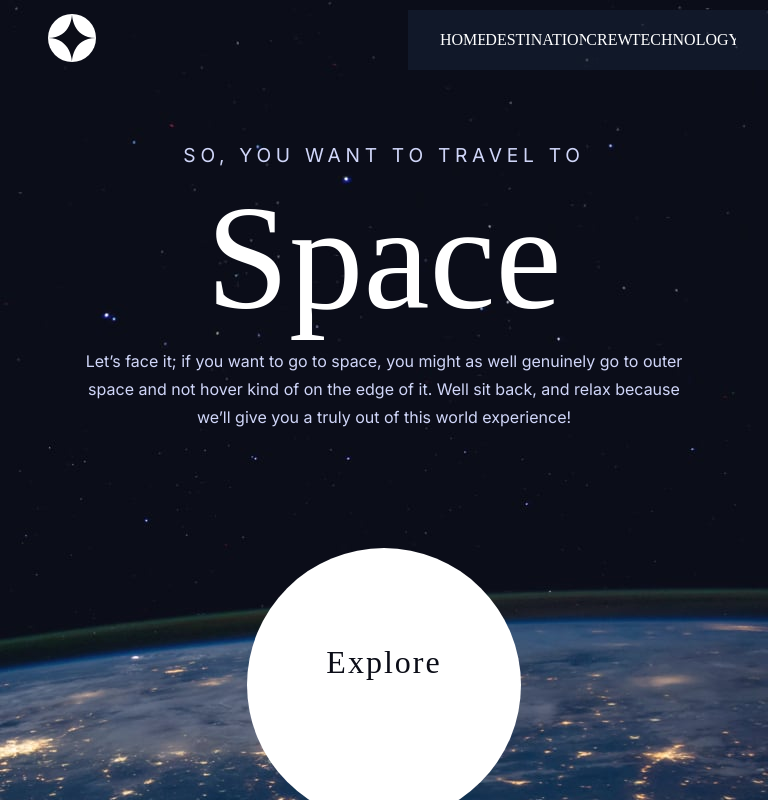
Repository: nilesjamex/space
Page: /
An editor plug-in stored every save of this project. The page is shown before and after the next save, followed by the edit.
The browser window is 768 px wide. The pictures show the whole page.
Some web fonts or font styles are not loaded; a fallback is used. Some web libraries are served in a nearby version. The project was rebuilt for these pictures with package versions that can differ from the ones it lists, and the page was loaded fresh each time. The framework's server and built-in components were replaced by stand-ins that run in the browser. Also part of the build but not shown: next.config.js.

Above is the page before, as saved 2022-01-08 04:14:13.

After the next save:
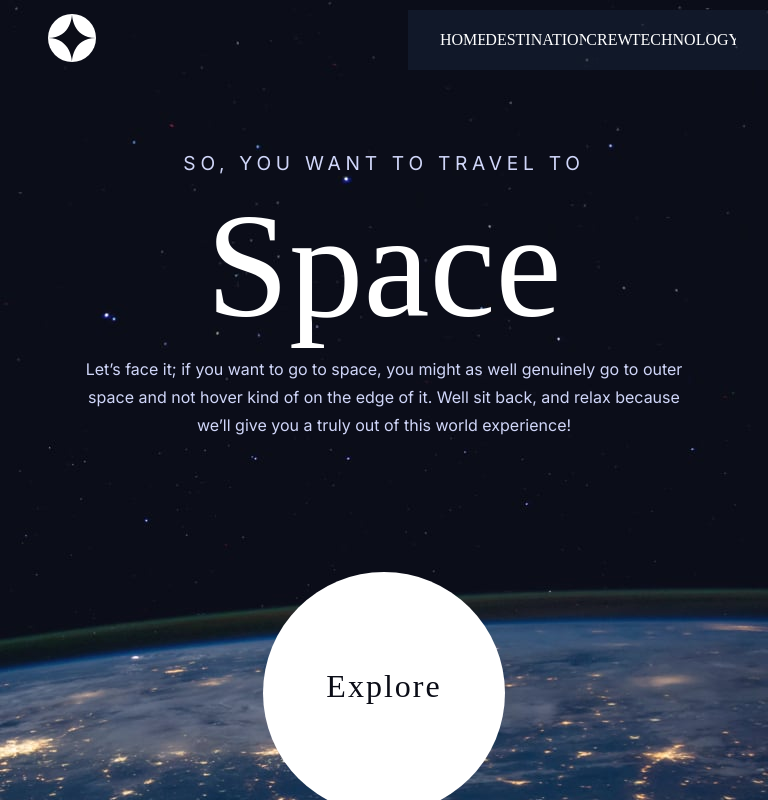
Saved 69 s later.
--- a/Components/home.module.css
+++ b/Components/home.module.css
@@ -87,4 +87,10 @@
         text-align: center;
         width: 100%;
     }
+    .Explore {
+        height: 242px;
+        width: 242px;
+        background-color: #fff;
+        border-radius: 50%;
+    }
 }
